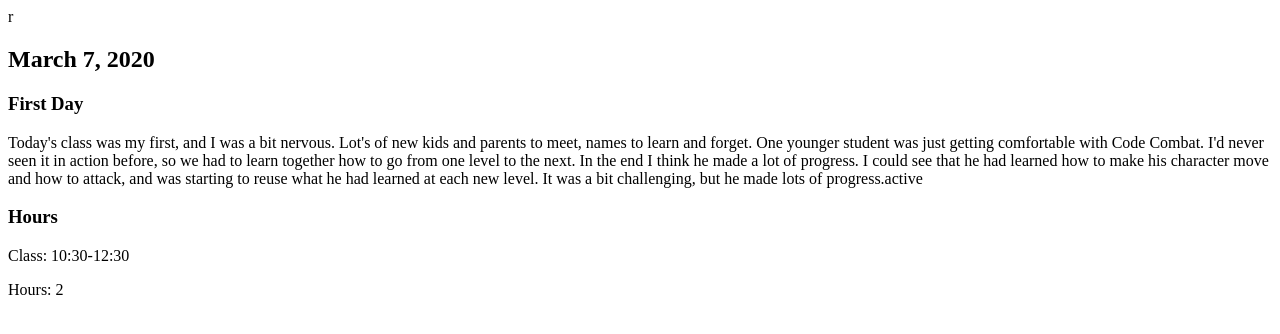
Repository: chocochocosensei/Mission-Exercises
Page: Page1/index.html
An editor plug-in stored every save of this project. The page is shown before and after the next save, followed by the edit.
The browser window is 1280 px wide. The pictures show the whole page.

Above is the page before, as saved 2020-03-10 02:24:06.

After the next save:
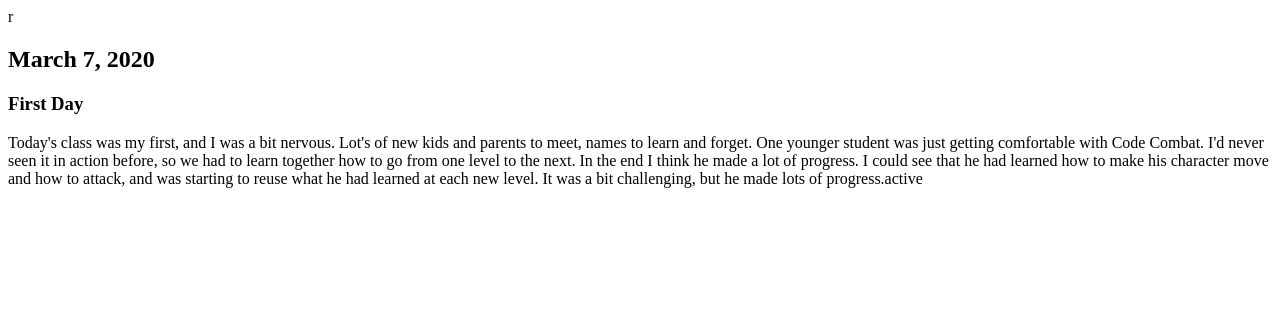
Saved 10 min 16 s later.
--- a/Page1/index.html
+++ b/Page1/index.html
@@ -27,7 +27,7 @@
 
             </div>
 
-            <div class="class hours hidden0">
+            <div class="class hours hidden">
                 <div class="title">
                     <h3 class="title">Hours</h3>
                 </div>
